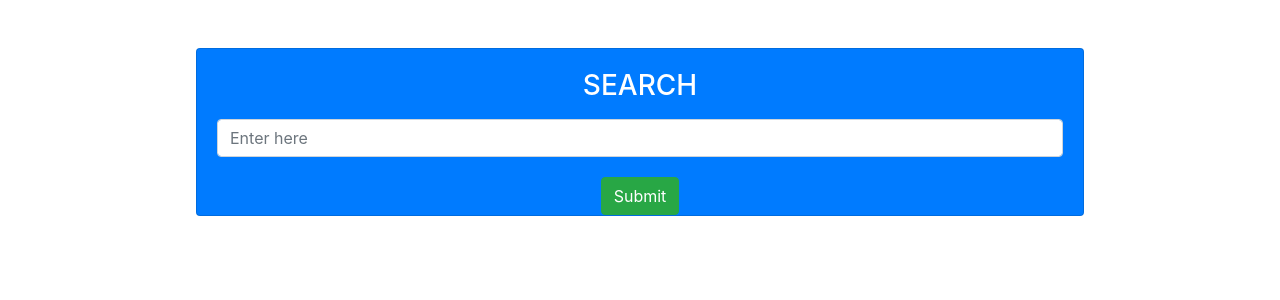
Repository: parvaizsajad/SpringFrameWork
Page: http://localhost/com.springMvc.search/home
An editor plug-in stored every save of this project. The page is shown before and after the next save, followed by the edit.
The browser window is 1280 px wide. The pictures show the whole page.
Some web libraries are served in a nearby version. The page is served by Tomcat 9. Other server files are loaded and not shown.

Above is the page before, as saved 2021-09-10 15:39:38.

### com.springMvc.search/src/main/webapp/WEB-INF/spring-servlet.xml
<?xml version="1.0" encoding="UTF-8"?>


<!-- 2nd step step create the configuration file. -->

<beans xmlns="http://www.springframework.org/schema/beans"
	xmlns:xsi="http://www.w3.org/2001/XMLSchema-instance" xmlns:context="http://www.springframework.org/schema/context"
	xmlns:p="http://www.springframework.org/schema/p"
	xmlns:tx="http://www.springframework.org/schema/tx"
		xmlns:mvc="http://www.springframework.org/schema/mvc"
	xsi:schemaLocation="http://www.springframework.org/schema/beans
    http://www.springframework.org/schema/beans/spring-beans.xsd
    http://www.springframework.org/schema/context
    http://www.springframework.org/schema/context/spring-context.xsd
     http://www.springframework.org/schema/tx
    http://www.springframework.org/schema/tx/spring-tx.xsd
    http://www.springframework.org/schema/mvc
    http://www.springframework.org/schema/mvc/spring-mvc.xsd
    ">
 <!--This is our bean or the metadata for our class  -->

 <context:component-scan base-package="com.springMvc.search"></context:component-scan>

<!--  view Resolver -->
   <bean class="org.springframework.web.servlet.view.InternalResourceViewResolver" name="viewResolver">
   <property name="prefix" value="/WEB-INF/views/"></property>
   <property name="suffix" value=".jsp"></property>
   </bean>




 </beans>

### com.springMvc.search/src/main/webapp/WEB-INF/views/home.jsp
<%@ page language="java" contentType="text/html; charset=ISO-8859-1"
    pageEncoding="ISO-8859-1"%>
         <%@ taglib prefix="c" uri="http://java.sun.com/jsp/jstl/core" %>
<!doctype html>
<html lang="en">
  <head>
    <!-- Required meta tags -->
    <meta charset="utf-8">
    <meta name="viewport" content="width=device-width, initial-scale=1, shrink-to-fit=no">

    <!-- Bootstrap CSS -->
    <link rel="stylesheet" href="https://maxcdn.bootstrapcdn.com/bootstrap/4.0.0/css/bootstrap.min.css" integrity="sha384-Gn5384xqQ1aoWXA+058RXPxPg6fy4IWvTNh0E263XmFcJlSAwiGgFAW/dAiS6JXm" crossorigin="anonymous">

    <title>Hello, world!</title>
  </head>
  <body>
<div class="container">

<div class="card mx-auto mt-5 bg-primary" style="width: 80%">
<div class="card-body">

<form action="search">
  <div class="form-group">
  <fmt:
<div><h3 class="text-center text-white" style="text-transform: uppercase;">Search</h3></div>

    <input type="text" class="form-control" id="text1"  placeholder="Enter here" name="search">

  </div>
  <div style="text-align: center">
    <button type="submit" class="btn btn-success">Submit</button>
  </div>

</form>
</div>
</div>
</div>

    <!-- Optional JavaScript -->
    <!-- jQuery first, then Popper.js, then Bootstrap JS -->
    <script src="https://code.jquery.com/jquery-3.2.1.slim.min.js" integrity="sha384-KJ3o2DKtIkvYIK3UENzmM7KCkRr/rE9/Qpg6aAZGJwFDMVNA/GpGFF93hXpG5KkN" crossorigin="anonymous"></script>
    <script src="https://cdnjs.cloudflare.com/ajax/libs/popper.js/1.12.9/umd/popper.min.js" integrity="sha384-ApNbgh9B+Y1QKtv3Rn7W3mgPxhU9K/ScQsAP7hUibX39j7fakFPskvXusvfa0b4Q" crossorigin="anonymous"></script>
    <script src="https://maxcdn.bootstrapcdn.com/bootstrap/4.0.0/js/bootstrap.min.js" integrity="sha384-JZR6Spejh4U02d8jOt6vLEHfe/JQGiRRSQQxSfFWpi1MquVdAyjUar5+76PVCmYl" crossorigin="anonymous"></script>
  </body>
</html>

### com.springMvc.search/src/main/java/com/springMvc/search/Generilizedexceptionhandler.java
package com.springMvc.search;

import org.springframework.http.HttpStatus;
import org.springframework.stereotype.Controller;
import org.springframework.web.bind.annotation.ControllerAdvice;
import org.springframework.web.bind.annotation.ExceptionHandler;
import org.springframework.web.bind.annotation.ResponseStatus;

@ControllerAdvice
public class Generilizedexceptionhandler {
	@ResponseStatus(value = HttpStatus.INTERNAL_SERVER_ERROR)
	@ExceptionHandler({NullPointerException.class,NumberFormatException.class})
	public String errorHandler() {

		return "nullException";
	}
}

### com.springMvc.search/src/main/java/com/springMvc/search/SearchController.java
package com.springMvc.search;

import org.springframework.stereotype.Controller;
import org.springframework.web.bind.annotation.RequestMapping;
import org.springframework.web.bind.annotation.RequestParam;
import org.springframework.web.servlet.view.RedirectView;
@Controller
public class SearchController {
	@RequestMapping("/home")
	public String home() {

		System.out.println("going to home view");
		return("home");
	}
@RequestMapping("/search")
	public RedirectView search(@RequestParam("search") String sear) {
		String querry="https://www.google.com/search?q="+sear;
		RedirectView rd=new RedirectView();
		if(sear.isBlank()) {
		 rd.setUrl("home");
		 return rd;
		}


		rd.setUrl(querry);
		return rd;
	}
}

### com.springMvc.search/src/main/java/com/springMvc/search/complex.java
package com.springMvc.search;

import org.springframework.stereotype.Controller;
import org.springframework.ui.Model;
import org.springframework.validation.BindingResult;
import org.springframework.web.bind.annotation.ModelAttribute;
import org.springframework.web.bind.annotation.RequestMapping;
import org.springframework.web.bind.annotation.RequestMethod;
import org.springframework.web.bind.annotation.RequestParam;

@Controller
public class complex {

	@RequestMapping("/complex")
	public String complexform() {

		return"/complex";
	}

	@RequestMapping(path = "/handleform",method = RequestMethod.POST)
	public String handleForm(@ModelAttribute Form form,BindingResult result) {
		if(result.hasErrors()) {
			return"/complex";
		}
	System.out.println(form.getAddress());
		return "/login";
	}
}

### com.springMvc.search/src/main/java/com/springMvc/search/Form.java
package com.springMvc.search;

import java.util.Date;

public class Form {
	private String name;
	private long id;
	private Date dob;
	private String courses;
	private String gender;
	private String type;
	private Address address;
	public Address getAddress() {
		return address;
	}
	public void setAddress(Address address) {
		this.address = address;
	}
	public Form() {
		super();
		// TODO Auto-generated constructor stub
	}

	@Override
	public String toString() {
		return "Form [name=" + name + ", id=" + id + ", dob=" + dob + ", courses=" + courses + ", gender=" + gender
				+ ", type=" + type + ", address=" + address + "]";
	}


	public Form(String name, long id, Date dob, String courses, String gender, String type) {
		super();
		this.name = name;
		this.id = id;
		this.dob = dob;
		this.courses = courses;
		this.gender = gender;
		this.type = type;

	}
	public String getName() {
		return name;
	}
	public void setName(String name) {
		this.name = name;
	}
	public long getId() {
		return id;
	}
	public void setId(long id) {
		this.id = id;
	}
	public Date getDob() {
		return dob;
	}
	public void setDob(Date dob) {
		this.dob = dob;
	}
	public String getCourses() {
		return courses;
	}
	public void setCourses(String courses) {
		this.courses = courses;
	}
	public String getGender() {
		return gender;
	}
	public void setGender(String gender) {
		this.gender = gender;
	}
	public String getType() {
		return type;
	}
	public void setType(String type) {
		this.type = type;
	}


}

After the next save:
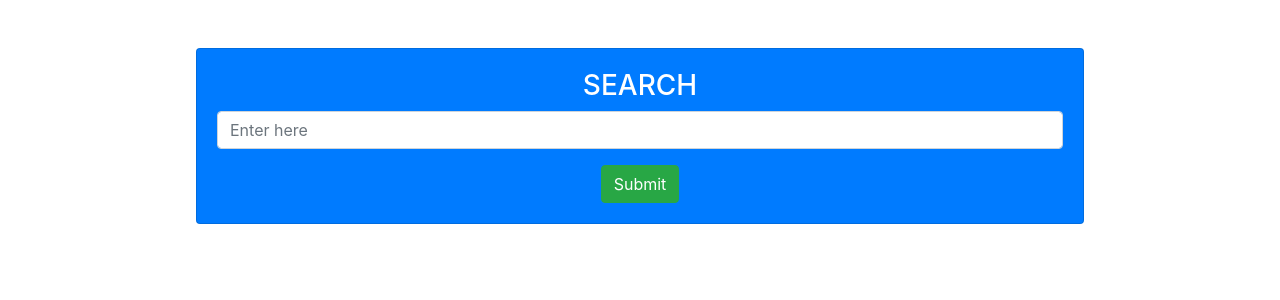
Saved 53 s later.
--- a/com.springMvc.search/src/main/webapp/WEB-INF/views/home.jsp
+++ b/com.springMvc.search/src/main/webapp/WEB-INF/views/home.jsp
@@ -21,7 +21,7 @@
 
 <form action="search">
   <div class="form-group">
-  <fmt:
+
 <div><h3 class="text-center text-white" style="text-transform: uppercase;">Search</h3></div>
 
     <input type="text" class="form-control" id="text1"  placeholder="Enter here" name="search">
